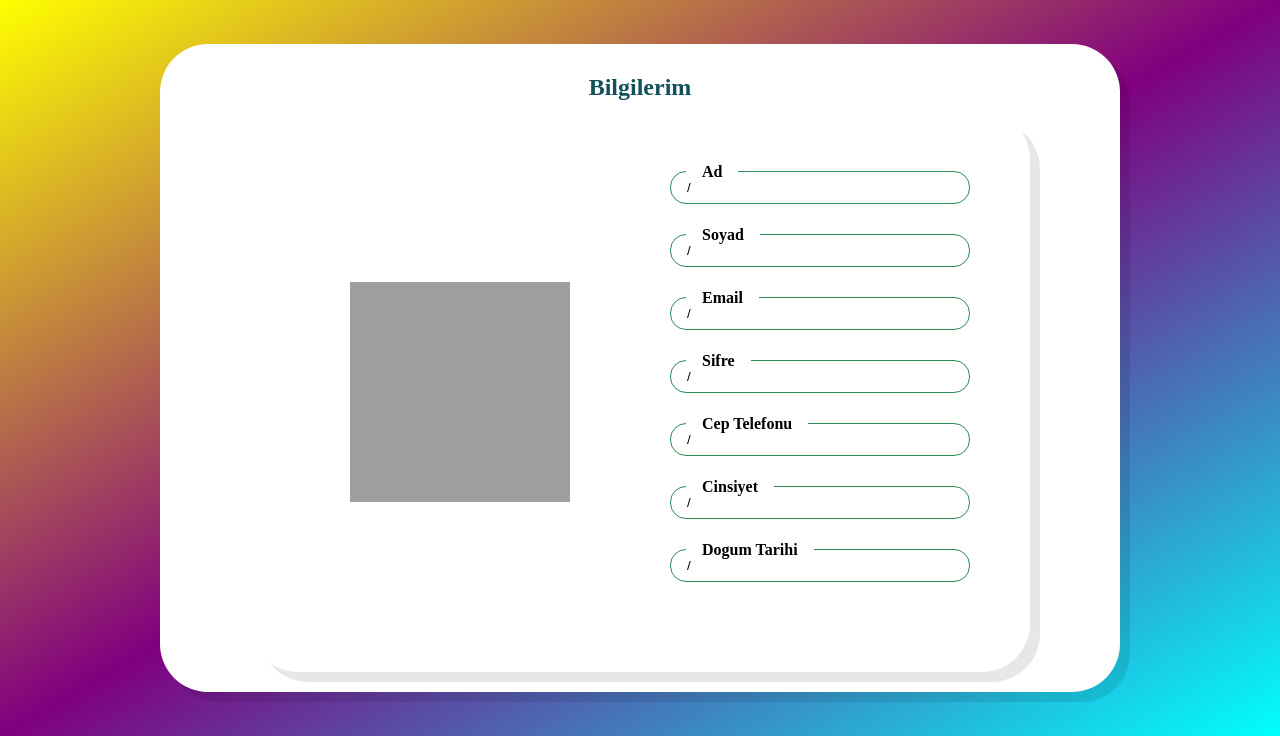
Repository: aenesyvz/web-programming-project
Page: http://localhost/test4/info.jsp
The author's editor kept a copy of each file at every save. The page is drawn from the files as they stood at one save, then again after the next save.
The browser window is 1280 px wide. The pictures show the whole page.
Pictures or frames that could not be fetched are drawn as grey boxes. The page is served by Tomcat 9. Other server files are loaded and not shown.

Above is the page before, as saved 2023-05-11 05:07:46.

### test/test4/src/main/webapp/info.jsp
<%@ page language="java" contentType="text/html; charset=ISO-8859-1"
    pageEncoding="ISO-8859-1"%>
<!DOCTYPE html>
<html>
<head>
<meta charset="ISO-8859-1">
<title>Insert title here</title>
 <link rel="stylesheet" href="css/index.css">
</head>
<body>
<section>
    <div class="container-info">
       <h2 class="title">Bilgilerim</h2>
       <div class="grid" style="display: grid;grid-template-columns:1fr 1fr;background-color: #ffffff;padding:30px;border-radius:3rem; box-shadow: 10px 10px rgba(0, 0, 0, 0.096);">
       		<div class="displayImage">
       		 <img src=${user.image}  class="displayImage" alt="" style="width: 220px;height: 220px;margin:0 auto; display: flex;align-items: center;	justify-content: center;"/>
       		</div>
          	<div class="form" >
                    <div class='formInput'>
                        <div class="form-label">Ad</div>
                        <div class='input-group'>
                            <input class="form__input" id="firstName" name="firstName" value=${user.firstName} />
                        </div>
                    </div>
                      <div class='formInput'>
                        <div class="form-label">Soyad</div>
                        <div class='input-group'>
                            <input class="form__input" name="lastName" value=${user.lastName} />
                        </div>
                    </div>

                     <div class='formInput'>
                        <div class="form-label">Email</div>
                        <div class='input-group'>
                            <input class="form__input" name="email" value=${user.email} />
                        </div>
                    </div>

                     <div class='formInput'>
                        <div class="form-label">Sifre</div>
                        <div class='input-group'>
                            <input class="form__input" name="password" value=${user.password} />
                        </div>
                    </div>

                    <div class='formInput'>
                        <div class="form-label">Cep Telefonu</div>
                        <div class='input-group'>
                            <input class="form__input" name="phoneNumber" value=${user.phoneNumber} />
                        </div>
                    </div>

                     <div class='formInput'>
                        <div class="form-label">Cinsiyet</div>
                        <div class='input-group'>
                            <input class="form__input" name="gender" value=${user.image} />
                        </div>
                    </div>

                     <div class='formInput'>
                        <div class="form-label">Dogum Tarihi</div>
                        <div class='input-group'>
                            <input class="form__input" name="birthOfDate" value=${user.dateOfBirth} />
                        </div>
                    </div>



                </div>

       </div>



    </div>
   </section>
</body>
</html>

### test/test4/src/main/webapp/css/index.css
* {
    box-sizing: border-box;
  }

  body {
    overflow-x: hidden;
    min-height: 100vh;
    display:flex;
	justify-content:center;
	align-items:center;
    background:
        linear-gradient(to left top, rgba(0, 255, 255, 1) 0%/*bottom-right color*/, rgba(255, 0, 255, 0.5) 50% /*middle color*/, rgba(255, 255, 0, 1) 100% /*top-left color*/),
        linear-gradient(rgba(0, 0, 0, 1), rgba(0, 0, 0, 1))/*"faked" black background make sure to add last or it will appear before the transparent/colored layer*/;
  }

   img{
    max-width: 100%;
    height: auto;
  }

  .grid{
  	display:grid;
  	grid-template-columns:1fr 1fr;
  }
  .container{
  	display:flex;
	justify-content:center;
	align-items:center;
	flex-direction:column;
	margin:auto;

    padding:20px 10px;
    background-color: #ffffff;
    box-shadow: 10px 10px rgba(0, 0, 0, 0.096);
    border-radius:3rem;
  }

  .container-info{
  display:flex;
	justify-content:center;
	align-items:center;
	flex-direction:column;
	margin:auto;

    padding:20px 10px;
    background-color: #ffffff;
    box-shadow: 10px 10px rgba(0, 0, 0, 0.096);
    border-radius:3rem;
  	width:60rem;
  }

.title{
	display:flex;
	justify-content:center;
	align-items:center;
	margin:10px  auto;
	color: hsl(190, 64%, 22%);
}
.displayImage{
	 display: flex;
    	align-items: center;
    	justify-content: center;

}

.form{
	margin:30px;
}
.formInput{
    display: flex;
    margin-bottom: 30px;
    align-items: center;
    justify-content: space-between;
    position: relative;

}
.form-label{
    padding: 0 1rem;
    background-color: white;
    font-size: 16px;
    font-weight: bold;
    text-transform: capitalize;
    position: absolute;
    z-index: 1;
    left: 1rem;
    top: -.5rem;
    text-align: left;
}

.input-group{
    position: relative;
    margin: auto 0;
}

.form__input{
    width: 300px;
    /* background-color: rgba(203, 201, 201,.9); */
    border: none;
    padding: .5rem 1rem;
    border-radius: 1rem;
    outline: none;
    border:1px solid seagreen;
    border-radius: 1rem;
}

.submitButton{
	display:flex;
	justify-content:center;
	align-items:center;
	padding:15px 25px;
	margin:0 auto;
	background-color:hsl(190, 64%, 22%);
	color:#ffffff;
	border:none;
	border-radius:2rem;
}

After the next save:
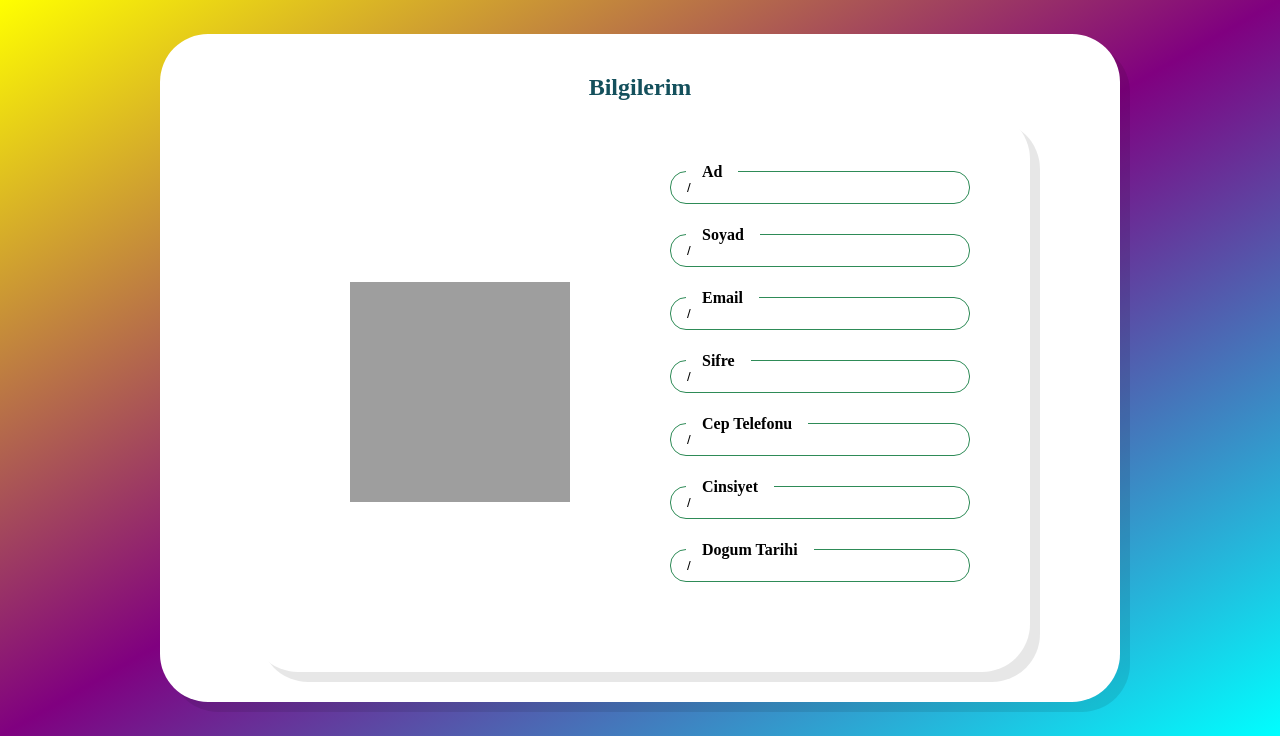
Saved 53 s later.
--- a/test/test4/src/main/webapp/info.jsp
+++ b/test/test4/src/main/webapp/info.jsp
@@ -9,7 +9,7 @@
 </head>
 <body>
 <section>
-    <div class="container-info">
+    <div class="container-info" style="background-color: #ffffff;padding:30px;border-radius:3rem; box-shadow: 10px 10px rgba(0, 0, 0, 0.096);">
        <h2 class="title">Bilgilerim</h2>
        <div class="grid" style="display: grid;grid-template-columns:1fr 1fr;background-color: #ffffff;padding:30px;border-radius:3rem; box-shadow: 10px 10px rgba(0, 0, 0, 0.096);">
        		<div class="displayImage">
